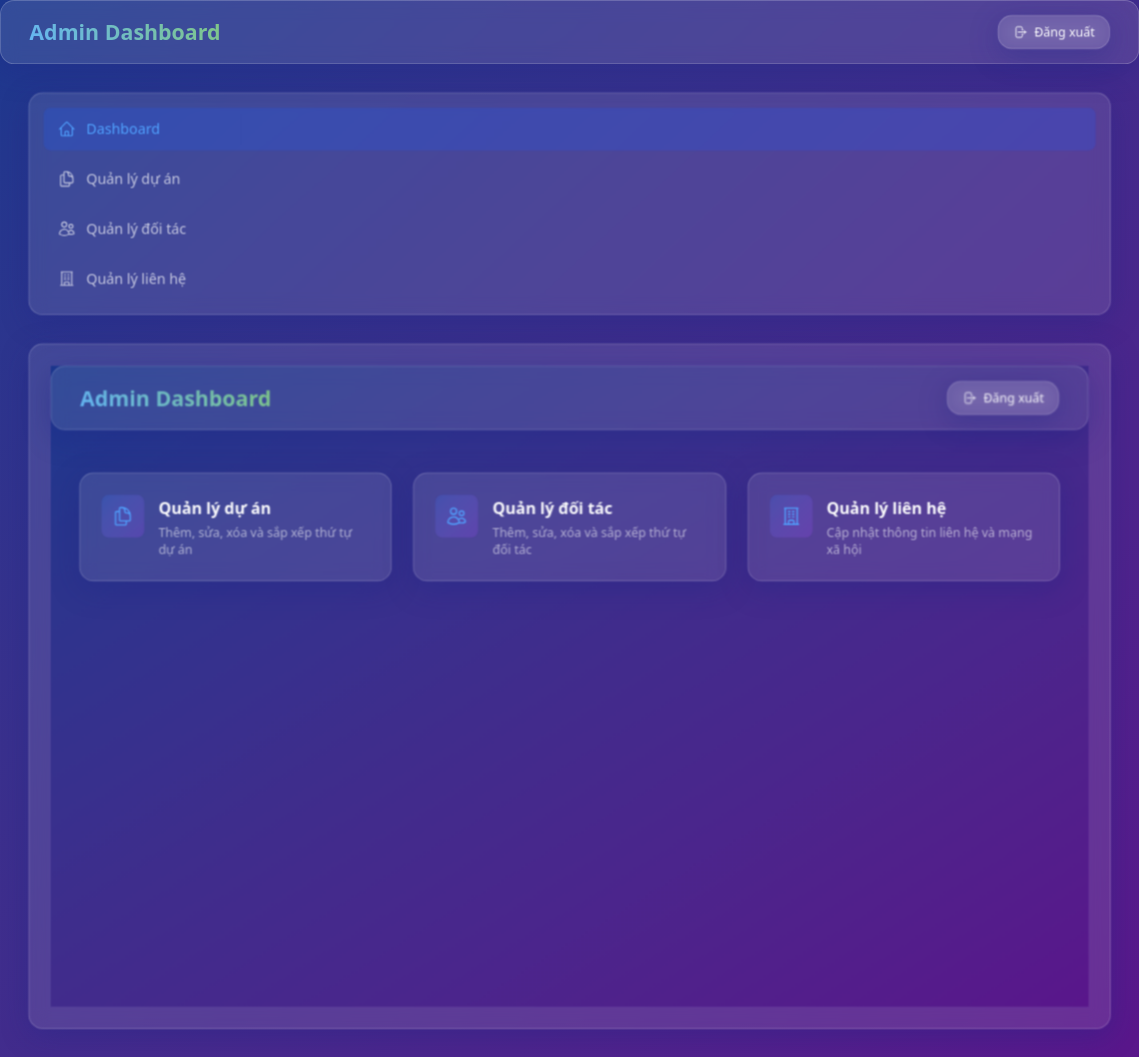
Repository: nguyenkhuyen158/voice-talent2
Page: /admin/dashboard
These files come from the project's save history. The page is drawn as it stood at one moment and after the next save; the edit follows.
The browser window is 1280 px wide. The pictures show the whole page, at 89% of full size.
The project was rebuilt for these pictures with package versions that can differ from the ones it lists, and the page was loaded fresh each time. The framework's server and built-in components were replaced by stand-ins that run in the browser. Also part of the build but not shown: next.config.ts.

Above is the page before, as saved 2025-06-18 22:06:59.

### app/admin/layout.tsx
'use client';
import { useState } from 'react';
import Link from 'next/link';
import { useRouter, usePathname } from 'next/navigation';
import {
  DocumentDuplicateIcon,
  UsersIcon,
  BuildingOfficeIcon,
  ArrowRightOnRectangleIcon,
  HomeIcon
} from '@heroicons/react/24/outline';
import { toast } from 'react-hot-toast';

const menuItems = [
  {
    name: 'Dashboard',
    href: '/admin/dashboard',
    icon: HomeIcon
  },
  {
    name: 'Quản lý dự án',
    href: '/admin',
    icon: DocumentDuplicateIcon
  },
  {
    name: 'Quản lý đối tác',
    href: '/admin/partners',
    icon: UsersIcon
  },
  {
    name: 'Quản lý liên hệ',
    href: '/admin/contact',
    icon: BuildingOfficeIcon
  }
];

export default function AdminLayout({ children }: { children: React.ReactNode }) {
  const router = useRouter();
  const pathname = usePathname();
  const [isLoading, setIsLoading] = useState(false);

  const handleLogout = async () => {
    setIsLoading(true);
    try {
      const response = await fetch('/api/auth/login', {
        method: 'DELETE',
      });

      if (response.ok) {
        toast.success('Đăng xuất thành công');
        router.push('/admin/login');
        router.refresh();
      }
    } catch (error) {
      toast.error('Lỗi khi đăng xuất');
    } finally {
      setIsLoading(false);
    }
  };

  return (
    <div className="min-h-screen bg-gradient-to-br from-blue-900 to-purple-900">
      {/* Header */}
      <header className="glass-card backdrop-blur-md border-b border-white/10 sticky top-0 z-50">
        <div className="max-w-7xl mx-auto px-4 sm:px-6 lg:px-8 py-4">
          <div className="flex items-center justify-between">
            <h1 className="text-2xl font-bold gradient-text">Admin Dashboard</h1>
            <button
              onClick={handleLogout}
              disabled={isLoading}
              className="px-4 py-2 text-sm flex items-center gap-2 glass-card hover:bg-white/5 transition-colors rounded-lg"
            >
              <ArrowRightOnRectangleIcon className="w-4 h-4" />
              {isLoading ? 'Đang xử lý...' : 'Đăng xuất'}
            </button>
          </div>
        </div>
      </header>

      {/* Side Navigation */}
      <div className="max-w-7xl mx-auto px-4 sm:px-6 lg:px-8 py-8">
        <div className="grid lg:grid-cols-[240px,1fr] gap-8">
          <nav className="glass-card p-4 h-fit">
            <ul className="space-y-2">
              {menuItems.map((item) => {
                const isActive = pathname === item.href;
                return (
                  <li key={item.href}>
                    <Link
                      href={item.href}
                      className={`flex items-center gap-3 px-4 py-3 rounded-lg transition-all ${
                        isActive
                          ? 'bg-blue-600/20 text-blue-400'
                          : 'hover:bg-white/5 text-white/70 hover:text-white'
                      }`}
                    >
                      <item.icon className="w-5 h-5" />
                      <span>{item.name}</span>
                    </Link>
                  </li>
                );
              })}
            </ul>
          </nav>

          {/* Main Content */}
          <main className="glass-card p-6">
            {children}
          </main>
        </div>
      </div>
    </div>
  );
}

### app/admin/dashboard/page.tsx
'use client';
import { useState } from 'react';
import Link from 'next/link';
import { useRouter } from 'next/navigation';
import {
  UserIcon,
  BuildingOfficeIcon,
  DocumentDuplicateIcon,
  UsersIcon,
  ArrowRightOnRectangleIcon
} from '@heroicons/react/24/outline';
import { toast } from 'react-hot-toast';

export default function Dashboard() {
  const router = useRouter();
  const [isLoading, setIsLoading] = useState(false);

  const handleLogout = async () => {
    setIsLoading(true);
    try {
      const response = await fetch('/api/auth/login', {
        method: 'DELETE',
      });

      if (response.ok) {
        toast.success('Đăng xuất thành công');
        router.push('/admin/login');
        router.refresh();
      }
    } catch (error) {
      toast.error('Lỗi khi đăng xuất');
    } finally {
      setIsLoading(false);
    }
  };

  const menuItems = [
    {
      name: 'Quản lý dự án',
      href: '/admin',
      icon: DocumentDuplicateIcon,
      description: 'Thêm, sửa, xóa và sắp xếp thứ tự dự án'
    },
    {
      name: 'Quản lý đối tác',
      href: '/admin/partners',
      icon: UsersIcon,
      description: 'Thêm, sửa, xóa và sắp xếp thứ tự đối tác'
    },
    {
      name: 'Quản lý liên hệ',
      href: '/admin/contact',
      icon: BuildingOfficeIcon,
      description: 'Cập nhật thông tin liên hệ và mạng xã hội'
    }
  ];

  return (
    <div className="min-h-screen bg-gradient-to-br from-blue-900 to-purple-900">
      {/* Header */}
      <header className="glass-card backdrop-blur-md border-b border-white/10">
        <div className="max-w-7xl mx-auto px-4 sm:px-6 lg:px-8 py-4">
          <div className="flex items-center justify-between">
            <h1 className="text-2xl font-bold gradient-text">Admin Dashboard</h1>
            <button
              onClick={handleLogout}
              disabled={isLoading}
              className="px-4 py-2 text-sm flex items-center gap-2 glass-card hover:bg-white/5 transition-colors rounded-lg"
            >
              <ArrowRightOnRectangleIcon className="w-4 h-4" />
              {isLoading ? 'Đang xử lý...' : 'Đăng xuất'}
            </button>
          </div>
        </div>
      </header>

      {/* Main Content */}
      <main className="max-w-7xl mx-auto px-4 sm:px-6 lg:px-8 py-12">
        <div className="grid md:grid-cols-2 lg:grid-cols-3 gap-6">
          {menuItems.map((item) => (
            <Link
              key={item.name}
              href={item.href}
              className="glass-card p-6 hover:bg-white/5 transition-all group"
            >
              <div className="flex items-start gap-4">
                <div className="p-3 rounded-lg bg-gradient-to-br from-blue-500/20 to-purple-500/20">
                  <item.icon className="w-6 h-6 text-blue-400" />
                </div>
                <div>
                  <h3 className="text-lg font-semibold text-white group-hover:text-blue-400 transition-colors">
                    {item.name}
                  </h3>
                  <p className="mt-1 text-sm text-white/60">
                    {item.description}
                  </p>
                </div>
              </div>
            </Link>
          ))}
        </div>
      </main>
    </div>
  );
}

### app/globals.css
@import "tailwindcss";

@tailwind base;
@tailwind components;
@tailwind utilities;

:root {
  --foreground-rgb: 0, 0, 0;
  --background-start-rgb: 214, 219, 220;
  --background-end-rgb: 255, 255, 255;
  --glass-bg: rgba(255, 255, 255, 0.1);
  --glass-border: rgba(255, 255, 255, 0.2);
  --glass-shadow: 0 8px 32px 0 rgba(31, 38, 135, 0.37);
}

html {
  scroll-behavior: smooth;
}

body {
  color: rgb(var(--foreground-rgb));
  background: linear-gradient(135deg, #1a1f38 0%, #2d3a6d 100%);
  color: #ffffff;
  overflow-x: hidden;
}

/* Glassmorphism card */
.glass-card {
  background: var(--glass-bg);
  backdrop-filter: blur(10px);
  -webkit-backdrop-filter: blur(10px);
  border: 1px solid var(--glass-border);
  box-shadow: var(--glass-shadow);
  border-radius: 1rem;
  transition: all 0.3s ease;
}

.glass-card:hover {
  transform: translateY(-5px);
  box-shadow: var(--glass-shadow), 0 10px 40px rgba(0, 0, 0, 0.2);
}

/* Navigation glass effect */
.nav-glass {
  background: rgba(255, 255, 255, 0.05);
  backdrop-filter: blur(10px);
  -webkit-backdrop-filter: blur(10px);
  border-bottom: 1px solid rgba(255, 255, 255, 0.1);
}

/* Gradient text */
.gradient-text {
  background: linear-gradient(45deg, #64b5f6, #81c784);
  -webkit-background-clip: text;
  background-clip: text;
  color: transparent;
}

/* Scroll section */
.scroll-section {
  min-height: 100vh;
  display: flex;
  align-items: center;
  justify-content: center;
  position: relative;
}

/* Parallax background */
.parallax-bg {
  position: absolute;
  top: 0;
  left: 0;
  width: 100%;
  height: 100%;
  object-fit: cover;
  z-index: -1;
}

/* Animate on scroll */
.fade-up {
  opacity: 0;
  transform: translateY(30px);
  transition: all 0.6s ease;
}

.fade-up.visible {
  opacity: 1;
  transform: translateY(0);
}

/* Custom animations */
@keyframes float {
  0% {
    transform: translateY(0px);
  }
  50% {
    transform: translateY(-10px);
  }
  100% {
    transform: translateY(0px);
  }
}

.animate-float {
  animation: float 3s ease-in-out infinite;
}

/* Sound wave animation */
@keyframes soundWave {
  0% {
    transform: scaleY(1);
  }
  50% {
    transform: scaleY(2);
  }
  100% {
    transform: scaleY(1);
  }
}

.sound-wave {
  display: flex;
  align-items: center;
  gap: 2px;
}

.sound-wave span {
  width: 2px;
  height: 20px;
  background: #64b5f6;
  animation: soundWave 1s ease-in-out infinite;
}

.sound-wave span:nth-child(2n) {
  animation-delay: 0.2s;
}

.sound-wave span:nth-child(3n) {
  animation-delay: 0.4s;
}

/* Partner logos */
.partner-grid {
  display: grid;
  grid-template-columns: repeat(3, 1fr);
  gap: 2.5rem;
  align-items: center;
}

@media (min-width: 768px) {
  .partner-grid {
    grid-template-columns: repeat(4, 1fr);
  }
}

@media (min-width: 1024px) {
  .partner-grid {
    grid-template-columns: repeat(5, 1fr);
  }
}

.partner-logo {
  filter: grayscale(100%) brightness(1.5);
  transition: all 0.3s ease;
  opacity: 0.6;
}

.partner-logo:hover {
  filter: grayscale(0%) brightness(1);
  opacity: 1;
}

Loaded but not shown: app/layout.tsx (common file)

After the next save:
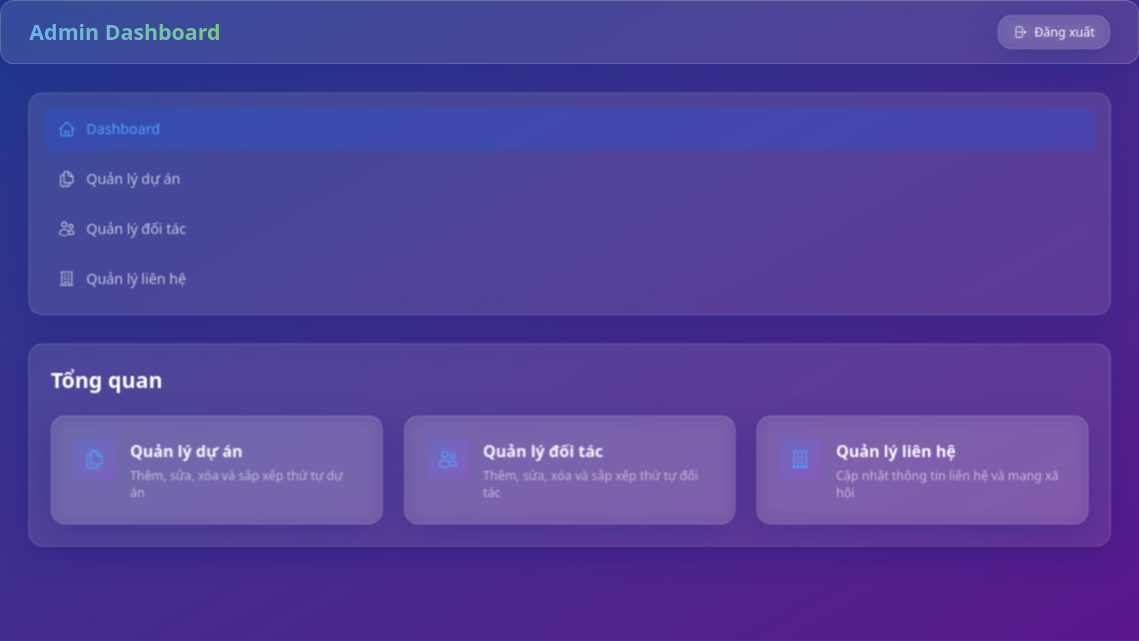
Saved 32 s later.
--- a/app/admin/dashboard/page.tsx
+++ b/app/admin/dashboard/page.tsx
@@ -1,39 +1,12 @@
 'use client';
-import { useState } from 'react';
 import Link from 'next/link';
-import { useRouter } from 'next/navigation';
 import {
-  UserIcon,
-  BuildingOfficeIcon,
   DocumentDuplicateIcon,
   UsersIcon,
-  ArrowRightOnRectangleIcon
+  BuildingOfficeIcon,
 } from '@heroicons/react/24/outline';
-import { toast } from 'react-hot-toast';
 
 export default function Dashboard() {
-  const router = useRouter();
-  const [isLoading, setIsLoading] = useState(false);
-
-  const handleLogout = async () => {
-    setIsLoading(true);
-    try {
-      const response = await fetch('/api/auth/login', {
-        method: 'DELETE',
-      });
-
-      if (response.ok) {
-        toast.success('Đăng xuất thành công');
-        router.push('/admin/login');
-        router.refresh();
-      }
-    } catch (error) {
-      toast.error('Lỗi khi đăng xuất');
-    } finally {
-      setIsLoading(false);
-    }
-  };
-
   const menuItems = [
     {
       name: 'Quản lý dự án',
@@ -56,50 +29,31 @@ export default function Dashboard() {
   ];
 
   return (
-    <div className="min-h-screen bg-gradient-to-br from-blue-900 to-purple-900">
-      {/* Header */}
-      <header className="glass-card backdrop-blur-md border-b border-white/10">
-        <div className="max-w-7xl mx-auto px-4 sm:px-6 lg:px-8 py-4">
-          <div className="flex items-center justify-between">
-            <h1 className="text-2xl font-bold gradient-text">Admin Dashboard</h1>
-            <button
-              onClick={handleLogout}
-              disabled={isLoading}
-              className="px-4 py-2 text-sm flex items-center gap-2 glass-card hover:bg-white/5 transition-colors rounded-lg"
-            >
-              <ArrowRightOnRectangleIcon className="w-4 h-4" />
-              {isLoading ? 'Đang xử lý...' : 'Đăng xuất'}
-            </button>
-          </div>
-        </div>
-      </header>
-
-      {/* Main Content */}
-      <main className="max-w-7xl mx-auto px-4 sm:px-6 lg:px-8 py-12">
-        <div className="grid md:grid-cols-2 lg:grid-cols-3 gap-6">
-          {menuItems.map((item) => (
-            <Link
-              key={item.name}
-              href={item.href}
-              className="glass-card p-6 hover:bg-white/5 transition-all group"
-            >
-              <div className="flex items-start gap-4">
-                <div className="p-3 rounded-lg bg-gradient-to-br from-blue-500/20 to-purple-500/20">
-                  <item.icon className="w-6 h-6 text-blue-400" />
-                </div>
-                <div>
-                  <h3 className="text-lg font-semibold text-white group-hover:text-blue-400 transition-colors">
-                    {item.name}
-                  </h3>
-                  <p className="mt-1 text-sm text-white/60">
-                    {item.description}
-                  </p>
-                </div>
+    <div>
+      <h2 className="text-2xl font-semibold text-white mb-6">Tổng quan</h2>
+      <div className="grid md:grid-cols-2 lg:grid-cols-3 gap-6">
+        {menuItems.map((item) => (
+          <Link
+            key={item.name}
+            href={item.href}
+            className="glass-card p-6 hover:bg-white/5 transition-all group"
+          >
+            <div className="flex items-start gap-4">
+              <div className="p-3 rounded-lg bg-gradient-to-br from-blue-500/20 to-purple-500/20">
+                <item.icon className="w-6 h-6 text-blue-400" />
               </div>
-            </Link>
-          ))}
-        </div>
-      </main>
+              <div>
+                <h3 className="text-lg font-semibold text-white group-hover:text-blue-400 transition-colors">
+                  {item.name}
+                </h3>
+                <p className="mt-1 text-sm text-white/60">
+                  {item.description}
+                </p>
+              </div>
+            </div>
+          </Link>
+        ))}
+      </div>
     </div>
   );
 }
